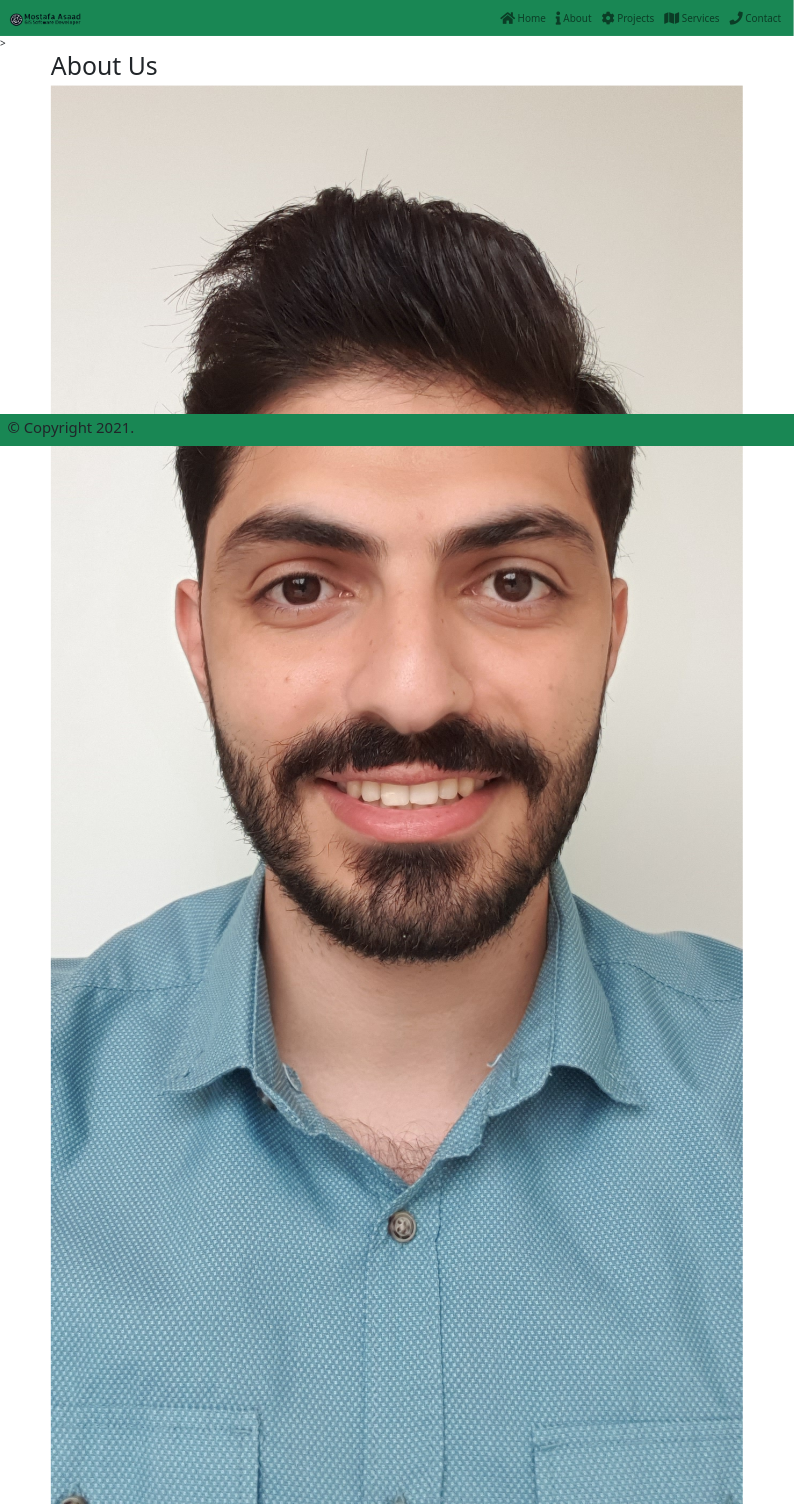
Repository: Mostafa-Asaad/Portfolio
Page: http://localhost/about
An editor plug-in stored every save of this project. The page is shown before and after the next save, followed by the edit.
The browser window is 1280 px wide. The pictures show the whole page, at 62% of full size.
The page is served by the project's Node server (index.js). Other server files are loaded and not shown.

Above is the page before, as saved 2021-06-04 18:20:19.

### Server/Views/index.ejs
<!DOCTYPE html>
<html lang="en">
<head>
  <meta charset="UTF-8">
  <meta http-equiv="X-UA-Compatible" content="IE=edge">
  <meta name="viewport" content="width=device-width, initial-scale=1.0">
  <title><%= title %></title>
  <!-- CSS Section -->
  <link rel="stylesheet" href="/bootstrap/dist/css/bootstrap.min.css">
  <link rel="stylesheet" href="/@fortawesome/fontawesome-free/css/all.min.css">
  <link rel="stylesheet" href="/Content/app.css">
</head>
<body>
  <!-- Navigation Section -->
 <header>
  <%- include('./components/header.ejs') %>
 </header>

  <!--Main Content-->>
  <main>
    <%- include('./content/' + page + '.ejs') %>
  </main>

  <!-- Bottom Nav -->
  <footer>
    <%- include('./components/footer.ejs') %>
  </footer>

  <!-- JavaScript Section -->
  <script src="/jquery/dist/jquery.min.js"></script>
  <script src="/bootstrap/dist/js/bootstrap.min.js"></script>
  <script src="/Scripts/app.js"></script>
</body>
</html>

### Server/Views/components/header.ejs
<nav class="navbar navbar-expand-lg navbar-light bg-success">
    <div class="container-fluid">
      <a class="navbar-brand" href="/home"><img src="/Client/Assets/images/Logo.png" width="120"></a>
      <button class="navbar-toggler" type="button" data-bs-toggle="collapse" data-bs-target="#navbarSupportedContent" aria-controls="navbarSupportedContent" aria-expanded="false" aria-label="Toggle navigation">
        <span class="navbar-toggler-icon"></span>
      </button>
      <div class="collapse navbar-collapse" id="navbarSupportedContent">
        <ul class="navbar-nav ms-auto mb-2 mb-lg-0">
          <li class="nav-item">
            <a class="nav-link" href="/home"><i class="fas fa-home fa-lg"></i> Home</a>
          </li>
          <li class="nav-item">
            <a class="nav-link" href="/about"><i class="fas fa-info fa-lg"></i> About</a>
          </li>
          <li class="nav-item">
            <a class="nav-link" href="/projects"><i class="fas fa-cog fa-lg"></i> Projects</a>
          </li>
          <li class="nav-item">
            <a class="nav-link" href="/services"><i class="fas fa-map fa-lg"></i> Services</a>
          </li>
          <li class="nav-item">
            <a class="nav-link" href="/contact"><i class="fas fa-phone fa-lg"></i> Contact</a>
          </li>
        </ul>
      </div>
    </div>
  </nav>

### Server/Views/content/about.ejs
<div class="container">
    <h1>About Us</h1>
    <img src="Client/Assets/images/Portrait.jpg" class="img-fluid" alt="Responsive image">
</div>

### Server/Views/components/footer.ejs
<nav class="navbar fixed-bottom navbar-success bg-success">
    <div class="container-fluid">
      <h4>&copy; Copyright 2021.</h4>
    </div>
  </nav>

### index.js
#!/usr/bin/env node
"use strict";
var __importDefault = (this && this.__importDefault) || function (mod) {
    return (mod && mod.__esModule) ? mod : { "default": mod };
};
Object.defineProperty(exports, "__esModule", { value: true });
const app_1 = __importDefault(require("./Server/Config/app"));
const debug_1 = __importDefault(require("debug"));
debug_1.default('week-4d:server');
const http_1 = __importDefault(require("http"));
let port = normalizePort(process.env.PORT || '3000');
app_1.default.set('port', port);
let server = http_1.default.createServer(app_1.default);
server.listen(port);
server.on('error', onError);
server.on('listening', onListening);
function normalizePort(val) {
    let port = parseInt(val, 10);
    if (isNaN(port)) {
        return val;
    }
    if (port >= 0) {
        return port;
    }
    return false;
}
function onError(error) {
    if (error.syscall !== 'listen') {
        throw error;
    }
    var bind = typeof port === 'string'
        ? 'Pipe ' + port
        : 'Port ' + port;
    switch (error.code) {
        case 'EACCES':
            console.error(bind + ' requires elevated privileges');
            process.exit(1);
            break;
        case 'EADDRINUSE':
            console.error(bind + ' is already in use');
            process.exit(1);
            break;
        default:
            throw error;
    }
}
function onListening() {
    let addr = server.address();
    let bind = typeof addr === 'string'
        ? 'pipe ' + addr
        : 'port ' + addr.port;
    debug_1.default('Listening on ' + bind);
}
//# sourceMappingURL=index.js.map

### Server/Routes/index.js
"use strict";
var __importDefault = (this && this.__importDefault) || function (mod) {
    return (mod && mod.__esModule) ? mod : { "default": mod };
};
Object.defineProperty(exports, "__esModule", { value: true });
const express_1 = __importDefault(require("express"));
const router = express_1.default.Router();
exports.default = router;
router.get('/', function (req, res, next) {
    res.render('index', { title: 'Home', page: 'home' });
});
router.get('/home', function (req, res, next) {
    res.render('index', { title: 'Home', page: 'home' });
});
router.get('/about', function (req, res, next) {
    res.render('index', { title: 'About Us', page: 'about' });
});
router.get('/projects', function (req, res, next) {
    res.render('index', { title: 'Our Projects', page: 'projects' });
});
router.get('/services', function (req, res, next) {
    res.render('index', { title: 'Our Services', page: 'services' });
});
router.get('/contact', function (req, res, next) {
    res.render('index', { title: 'Contact Us', page: 'contact' });
});
//# sourceMappingURL=index.js.map

### Client/Content/app.css
/* your custom css goes here */

### Client/Scripts/app.js
"use strict";
(function () {
    function Start() {
        console.log("App Started");
    }
    window.addEventListener("load", Start);
})();
//# sourceMappingURL=app.js.map

After the next save:
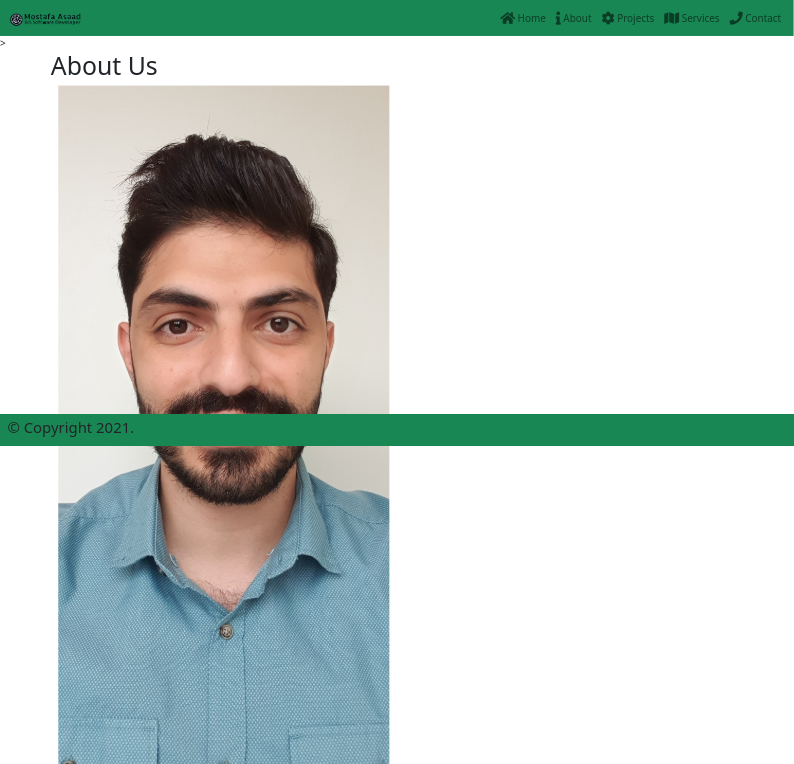
Saved 2 min 57 s later.
--- a/Server/Views/content/about.ejs
+++ b/Server/Views/content/about.ejs
@@ -1,4 +1,7 @@
 <div class="container">
     <h1>About Us</h1>
+    <div class="container">
+  <div class="row align-items-start">
+    <div class="col-6">
     <img src="Client/Assets/images/Portrait.jpg" class="img-fluid" alt="Responsive image">
 </div>
